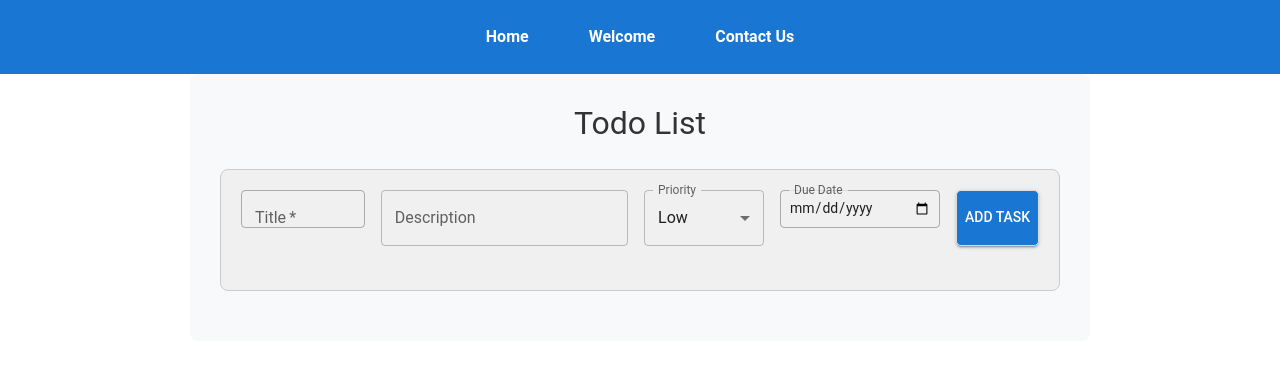
Repository: HPNChanel/Todo-List-Web-App
Page: / (app in frontend/todolist/)
An editor plug-in stored every save of this project. The page is shown before and after the next save, followed by the edit.
The browser window is 1280 px wide. The pictures show the whole page.
The page's requests for data from a server got no answer. The project was rebuilt for these pictures with package versions that can differ from the ones it lists, and the page was loaded fresh each time. No one was signed in, and anything a server would have sent is missing. Also part of the build but not shown: frontend/todolist/src/styles/TaskItem.css, frontend/todolist/src/components/TaskItem.js, frontend/todolist/src/styles/WelcomePage.css, frontend/todolist/src/pages/WelcomePage.js, frontend/todolist/src/styles/NotFound.css, frontend/todolist/src/pages/NotFound.js. Imported but missing from the stored project, and not drawn on this page: frontend/todolist/src/components/ContactUs.

Above is the page before, as saved 2024-11-05 09:32:29.

After the next save:
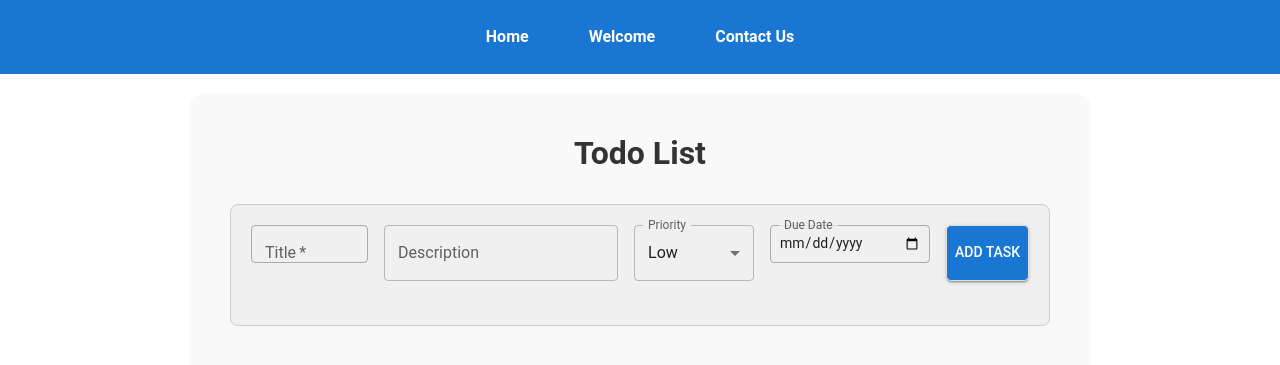
Saved 13 s later.
--- a/frontend/todolist/src/styles/TaskList.css
+++ b/frontend/todolist/src/styles/TaskList.css
@@ -1,20 +1,22 @@
 .task-list {
-  padding: 30px;
-  background-color: #f8f9fa;
-  border-radius: 8px;
+  padding: 40px;
+  background-color: #f9f9f9;
+  border-radius: 12px;
   max-width: 900px;
-  margin: auto;
+  margin: 20px auto;
 }
 
 .task-list h4 {
   text-align: center;
-  margin-bottom: 25px;
+  margin-bottom: 30px;
   font-size: 2em;
   color: #333;
+  font-weight: bold;
 }
 
 .task-list .task-grid {
   display: grid;
   grid-template-columns: repeat(auto-fill, minmax(250px, 1fr));
-  gap: 20px;
+  gap: 25px;
+  justify-items: center;
 }
